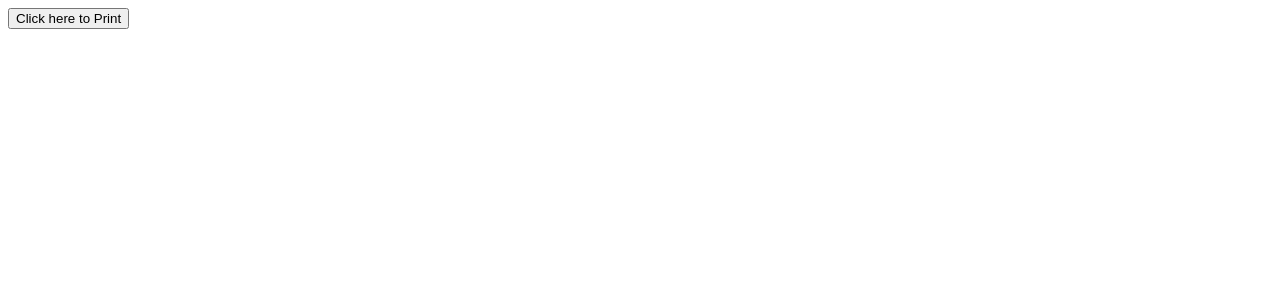
Repository: phulkeshwarmahto/CompleteJS
Page: indi.html
These files come from the project's save history. The page is drawn as it stood at one moment and after the next save; the edit follows.
The browser window is 1280 px wide. The pictures show the whole page.

Above is the page before, as saved 2025-07-01 10:55:58.

After the next save:
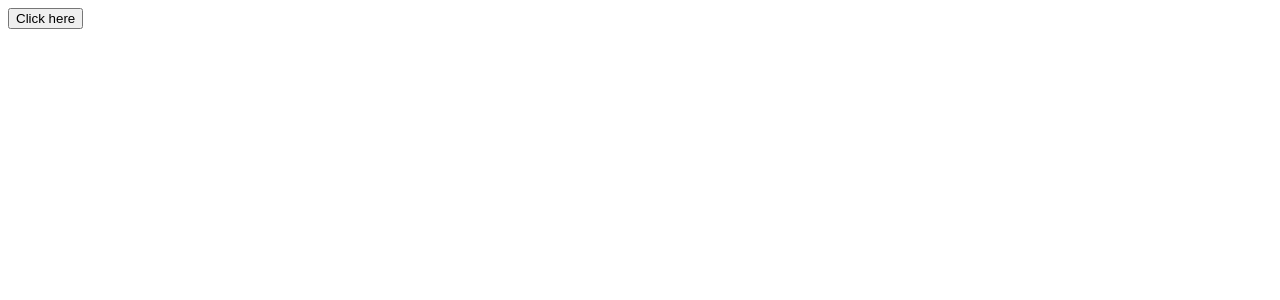
Saved 20 s later.
--- a/indi.html
+++ b/indi.html
@@ -6,7 +6,7 @@
     <title>Document</title>
 </head>
 <body>
-    <button onclick="console.log(`you clicked this button`)";alert="hello">Click here to Print</button>
+    <button onclick="console.log(`you clicked this button`)";alert="hello">Click here</button>
 </body>
 <script link="evnts.js"></script>
 </html>
